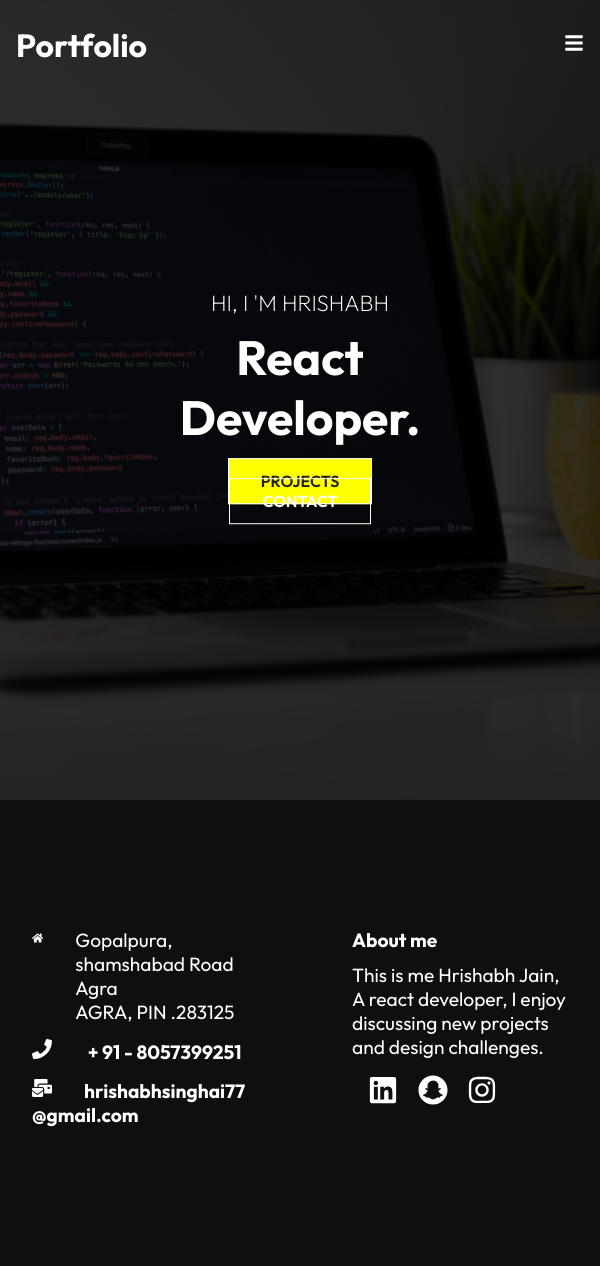
Repository: Hrishabhsinghai/Portfolio
Page: /
The author's editor kept a copy of each file at every save. The page is drawn from the files as they stood at one save, then again after the next save.
The browser window is 600 px wide. The pictures show the whole page.
The project was rebuilt for these pictures with package versions that can differ from the ones it lists, and the page was loaded fresh each time. Also part of the build but not shown: src/routes/About.js, src/routes/Project.js, src/routes/Contact.js.

Above is the page before, as saved 2024-01-04 16:15:14.

### src/index.css
@import url("https://fonts.googleapis.com/css2?family=Orbitron&family=Outfit:wght@100;200;300;400;500;600;700;800;900&display=swap");
* {
  box-sizing: border-box;
  margin: 0;
  padding: 0;
  font-family: "Outfit", sans-serif;
}

body {
  background: black;
}

h1,
h4,
p,
a {
  color: #fff;
  text-decoration: none;
}

ul {
  list-style-type: none;
}

.btn {
  padding: 12px 32px;
  font-size: 1rem;
  text-transform: uppercase;
  color: #222;
  border: 1px solid #fff;
  font-weight: 600;
  cursor: pointer;
  background: yellow;
}

.btn-light {
  background: transparent;
  color: #fff;
}

.btn-hover {
  background: rgba(255, 255, 255, 0.2);
  color: #fff;
  transition: 0.3;
}

### src/App.js
import "./index.css";
import Home from "./routes/Home";
import About from "./routes/About";
import Project from "./routes/Project";
import Contact from "./routes/Contact";
import { Route, Routes } from "react-router-dom";

function App() {
  return (
    <>
      <Routes>
        <Route path="/" element={<Home />} />{" "}
        <Route path="/project" element={<Project />} />{" "}
        <Route path="/About" element={<About />} />{" "}
        <Route path="/Contact" element={<Contact />} />{" "}
      </Routes>{" "}
    </>
  );
}

export default App;

### src/routes/Home.js
import React from "react";
import Navbar from "../components/Navbar";
import HeroImg from "../components/HeroImg";
import Footer from "../components/Footer";

const Home = () => {
  return (
    <div>
      <Navbar />
      <HeroImg />
      <Footer />
    </div>
  );
};

export default Home;

### src/components/Navbar.js
import { Link } from "react-router-dom";
import "./NavbarStyles.css";

import { FaBars, FaTimes } from "react-icons/fa";
import { useState } from "react";

const Navbar = () => {
  const [click, setClick] = useState(false);
  const handleClick = () => setClick(!click);

  const [color, settColor] = useState(false);
  const changeColor = () => {
    if (window.scrollY >= 100) {
      settColor(true);
    } else {
      settColor(false);
    }
  };

  window.addEventListener("scroll", changeColor);

  return (
    <div className={click ? "header header-bg" : "header"}>
      <Link to="/">
        {" "}
        <h1> Portfolio </h1>{" "}
      </Link>{" "}
      <ul className={click ? "nav-menu active" : "nav-menu"}>
        <li>
          <Link to="/"> Home </Link>{" "}
        </li>{" "}
        <li>
          <Link to="/About"> About </Link>{" "}
        </li>{" "}
        <li>
          <Link to="/Project"> Project </Link>{" "}
        </li>{" "}
        <li>
          <Link to="/Contact"> Contact </Link>{" "}
        </li>{" "}
      </ul>{" "}
      <div className="hamburger" onClick={handleClick}>
        {" "}
        {click ? (
          <FaTimes size={20} style={{ color: "#fff" }} />
        ) : (
          <FaBars size={20} style={{ color: "#fff" }} />
        )}{" "}
      </div>{" "}
    </div>
  );
};

export default Navbar;

### src/components/HeroImg.js
import "./HeroImgStyles.css";
import "../index.css";
import IntroImg from "../assets/IntroImg.jpg";
import React from "react";
import { Link } from "react-router-dom";

const HeroImg = () => {
  return (
    <div className="hero">
      <div className="mask">
        <img className="into-img" src={IntroImg} alt="IntroImg" />
      </div>{" "}
      <div className="content">
        <p> HI, I 'M HRISHABH </p> <h1> React Developer. </h1>{" "}
        <div>
          <Link to="/project" className="btn">
            {" "}
            Projects{" "}
          </Link>{" "}
          <Link to="/contact" className="btn btn-light">
            {" "}
            Contact{" "}
          </Link>{" "}
        </div>{" "}
      </div>{" "}
    </div>
  );
};

export default HeroImg;

### src/components/Footer.js
import "./FooterStyles.css";

import React from "react";
import {
  FaHome,
  FaInstagram,
  FaLinkedin,
  FaMailBulk,
  FaPhone,
  FaSnapchat,
} from "react-icons/fa";

const Footer = () => {
  return (
    <div className="footer">
      <div className="footer-container">
        <div className="left">
          <div className="location">
            <FaHome size={20} style={{ color: "#fff", marginRight: "2rem" }} />{" "}
            <div>
              <p> Gopalpura, shamshabad Road Agra </p>{" "}
              <p> AGRA, PIN .283125 </p>{" "}
            </div>{" "}
          </div>{" "}
          <div className="phone">
            <h4>
              {" "}
              <FaPhone
                size={20}
                style={{ color: "#fff", marginRight: "2rem" }}
              />{" "}
              + 91 - 8057399251{" "}
            </h4>{" "}
          </div>{" "}
          <div className="email">
            <h4>
              {" "}
              <FaMailBulk
                size={20}
                style={{ color: "#fff", marginRight: "2rem" }}
              />
              hrishabhsinghai77 @gmail.com{" "}
            </h4>{" "}
          </div>{" "}
        </div>{" "}
        <div className="right">
          <h4> About me </h4>{" "}
          <p>
            {" "}
            This is me Hrishabh Jain, A react developer, I enjoy discussing new
            projects and design challenges.{" "}
          </p>{" "}
          <div className="social">
            <h4>
              <FaLinkedin
                size={30}
                style={{ color: "#fff", marginLeft: "1rem" }}
              />{" "}
              <FaSnapchat
                size={30}
                style={{ color: "#fff", marginLeft: "1rem" }}
              />{" "}
              <FaInstagram
                size={30}
                style={{ color: "#fff", marginLeft: "1rem" }}
              />{" "}
            </h4>{" "}
          </div>{" "}
        </div>{" "}
      </div>{" "}
    </div>
  );
};

export default Footer;

### src/components/NavbarStyles.css
.header {
  display: flex;
  justify-content: space-between;
  align-items: center;
  padding: 1rem;
  position: fixed;
  width: 100%;
  height: 90px;
  z-index: 10;
}

.header-bg {
  background-color: rgba(0, 0, 0, 0.85);
  transition: 0.5s;
}

.nav-menu {
  display: flex;
}

.nav-menu li {
  padding: 0 1rem;
}

.nav-menu li a {
  font-size: 1.2rem;
  font-weight: 500;
}

.hamburger {
  display: none;
}

@media screen and (max-width: 1040px) {
  .nav-menu {
    flex-direction: column;
    justify-content: center;
    align-items: center;
    width: 100%;
    height: 100vh;
    background: rgba(0, 0, 0, 0.9);
    position: absolute;
    top: 0;
    left: -100%;
    z-index: -3;
    transition: 0.3s;
  }
  .nav-menu.active {
    left: 0;
  }
  .nav-menu li {
    padding: 1rem 0;
  }
  .nav-menu li a {
    font-size: 2rem;
  }
  .hamburger {
    display: initial;
  }
}

### src/components/HeroImgStyles.css
.mask {
  width: 100%;
  height: 100vh;
  position: relative;
}

.into-img {
  width: 100%;
  height: 100vh;
  background-size: cover;
  background-position: center;
  object-fit: cover;
}

.mask::after {
  content: "";
  width: 100%;
  height: 100vh;
  position: absolute;
  top: 0;
  left: 0;
  background-color: #000;
  opacity: 0.8;
}

.hero {
  height: 100%;
  width: 100;
}

.hero .content {
  position: absolute;
  transform: translate(-50%, -50%);
  top: 50%;
  left: 50%;
  text-align: center;
}

.hero .content h1 {
  font-size: 4rem;
  padding: 0.6rem 0 1.5rem;
}

.hero .content p {
  font-size: 1.4rem;
  font-weight: 200;
  text-transform: uppercase;
}

.content .btn {
  margin: 1rem 0.2rem;
}

@media screen and (max-width: 640px) {
  .hero .content h1 {
    font-size: 3rem;
  }
  .hero .content p {
    font-size: 1.4rem;
  }
}

### src/components/FooterStyles.css
.footer {
  width: 100%;
  padding: 6rem 0;
  background-color: rgba(19, 19, 19, 0.8);
}

.footer-container {
  max-width: 1140px;
  margin: auto;
  display: grid;
  grid-template-columns: repeat(2, 1fr);
  grid-gap: 40px;
}

.left {
  height: 100%;
  max-width: 100%;
  display: flex;
  flex-direction: column;
  padding: 2rem;
}

.location {
  display: flex;
  margin-bottom: 0.8rem;
}

.phone {
  line-height: 30px;
}

.right {
  height: 100%;
  max-width: 100%;
  display: flex;
  flex-direction: column;
  padding: 2rem;
  margin-bottom: 0.8rem;
}

.social {
  margin-top: 1rem;
}

h4 {
  font-size: 1.2rem;
  padding-bottom: 0.7rem;
}

p {
  font-size: 1.2rem;
}

@media screen and (max-width: 640px) {
}

Loaded but not shown: public/index.html (common file); src/index.js (common file)

After the next save:
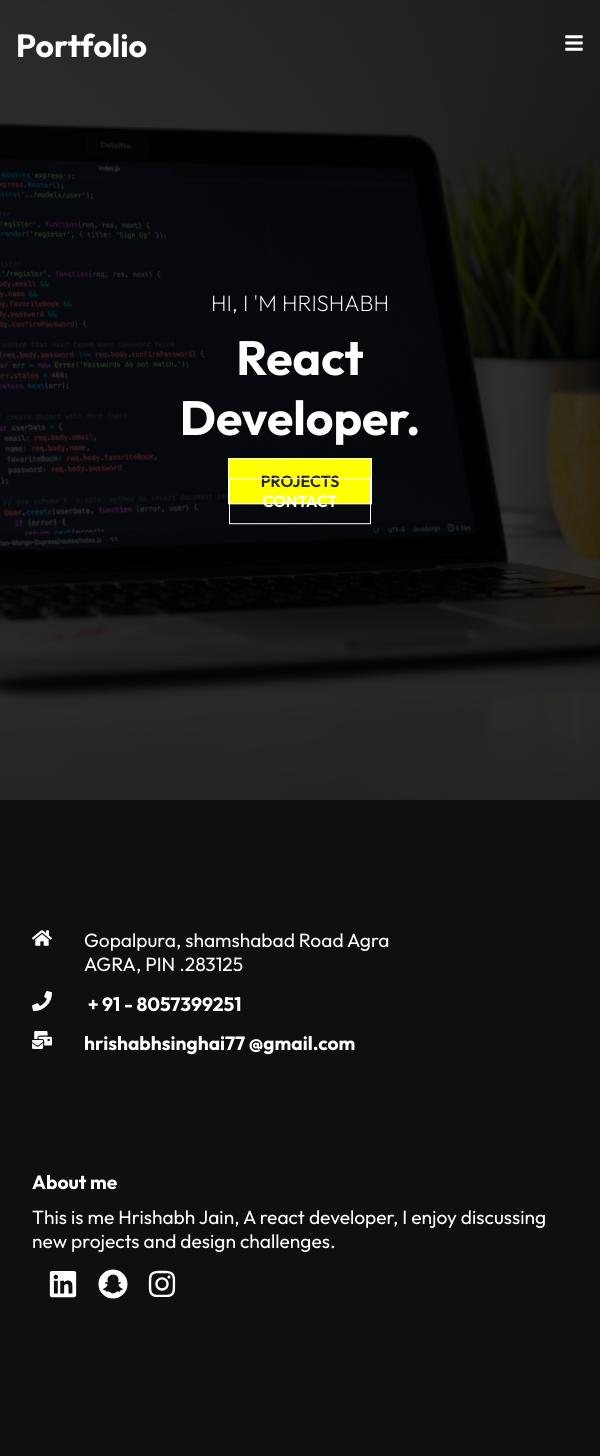
Saved 31 s later.
--- a/src/components/FooterStyles.css
+++ b/src/components/FooterStyles.css
@@ -52,4 +52,7 @@ p {
 }
 
 @media screen and (max-width: 640px) {
+  .footer-container {
+    grid-template-columns: 1fr;
+  }
 }
